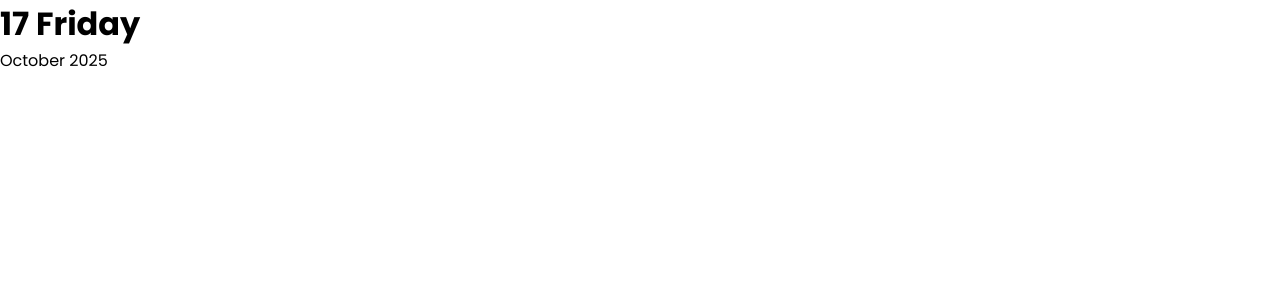
Repository: Ankitkr2021/Calendar
Page: index.html
These files come from the project's save history. The page is drawn as it stood at one moment and after the next save; the edit follows.
The browser window is 1280 px wide. The pictures show the whole page.

Above is the page before, as saved 2025-10-17 19:18:07.

### index.html
<!DOCTYPE html>
<html lang="en">
<head>
    <meta charset="UTF-8">
    <meta name="viewport" content="width=device-width, initial-scale=1.0">
    <title>Document</title>
    <link rel="stylesheet" href="./style.css">
</head>
<body>
    <div class="box">
        <div class="date"><h1>17 Friday</h1></div>
        <div class="month">October 2025</div>
    </div>
</body>
</html>

### style.css
@import url('https://fonts.googleapis.com/css2?family=Poppins:wght@100;200;300;400;500;600;700;800;900&display=swap');

*{
    margin: 0;
    padding: 0;
    box-sizing: border-box;
    font-family: "Poppins",sans-serif;
}

After the next save:
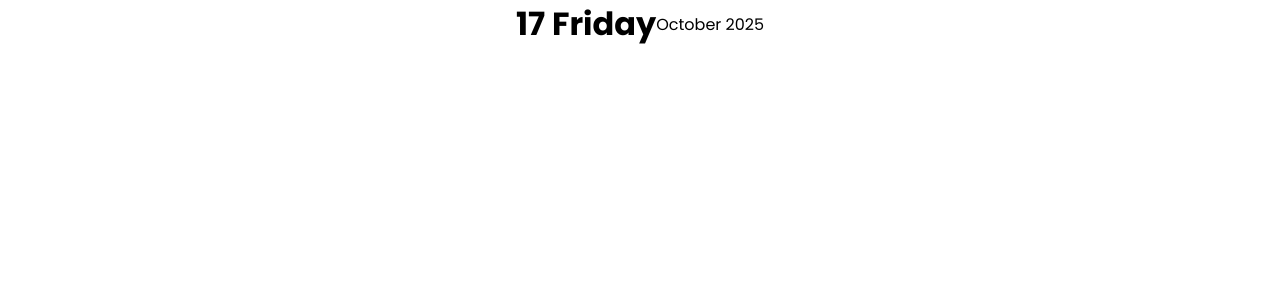
Saved 19 s later.
--- a/style.css
+++ b/style.css
@@ -6,3 +6,9 @@
     box-sizing: border-box;
     font-family: "Poppins",sans-serif;
 }
+
+.box {
+    display: flex;
+    align-items: center;
+    justify-content: center;
+}
